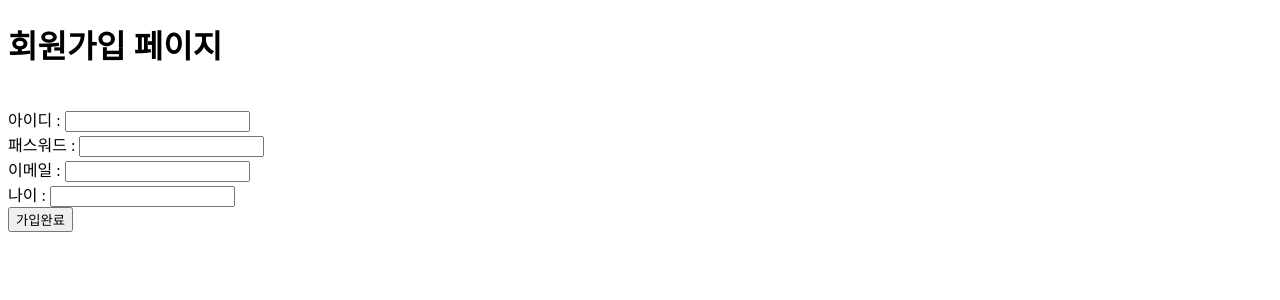
Repository: sujeong1799/JSP
Page: http://localhost/jsp_project/join.jsp
The author's editor kept a copy of each file at every save. The page is drawn from the files as they stood at one save, then again after the next save.
The browser window is 1280 px wide. The pictures show the whole page.
The page is served by Tomcat 9. Other server files are loaded and not shown.

Above is the page before, as saved 2023-05-12 03:22:37.

### jsp_project2/jsp_project/src/main/webapp/join.jsp
<%@ page language="java" contentType="text/html; charset=UTF-8"
    pageEncoding="UTF-8"%>
<!DOCTYPE html>
<html>
<head>
<meta charset="UTF-8">
<title>Insert title here</title>
</head>
<body>
<h1>회원가입 페이지</h1>
<br>
<form action=""  method="post">
	아이디 : <input type="text" name="id" ><br>
	패스워드 : <input type="text" name="password" ><br>
	이메일 : <input type="text" name="email" ><br>
	나이 : <input type="text" name="age" ><br>

	<button type="submit">가입완료</button>
</form>

</body>
</html>

After the next save:
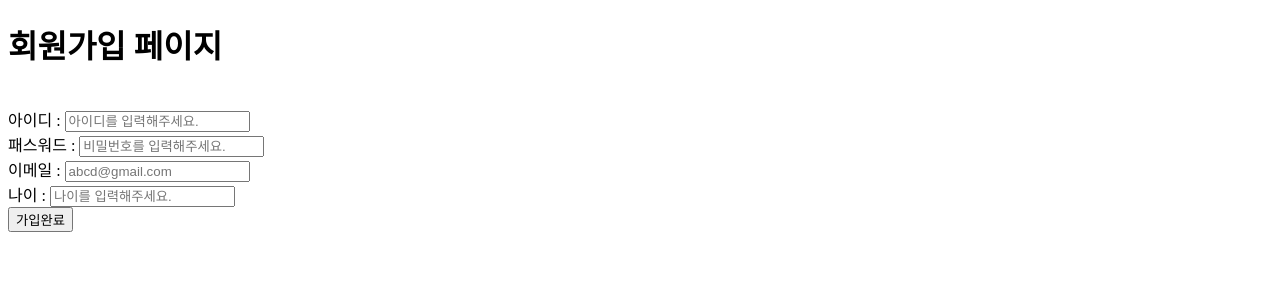
Saved 2 min 25 s later.
--- a/jsp_project2/jsp_project/src/main/webapp/join.jsp
+++ b/jsp_project2/jsp_project/src/main/webapp/join.jsp
@@ -10,10 +10,10 @@
 <h1>회원가입 페이지</h1>
 <br>
 <form action=""  method="post">
-	아이디 : <input type="text" name="id" ><br>
-	패스워드 : <input type="text" name="password" ><br>
-	이메일 : <input type="text" name="email" ><br>
-	나이 : <input type="text" name="age" ><br>
+	아이디 : <input type="text" name="id" placeholder="아이디를 입력해주세요." ><br>
+	패스워드 : <input type="password" name="password" placeholder="비밀번호를 입력해주세요."><br>
+	이메일 : <input type="text" name="email" placeholder="abcd@gmail.com"><br>
+	나이 : <input type="text" name="age" placeholder="나이를 입력해주세요."><br>
 
 	<button type="submit">가입완료</button>
 </form>
